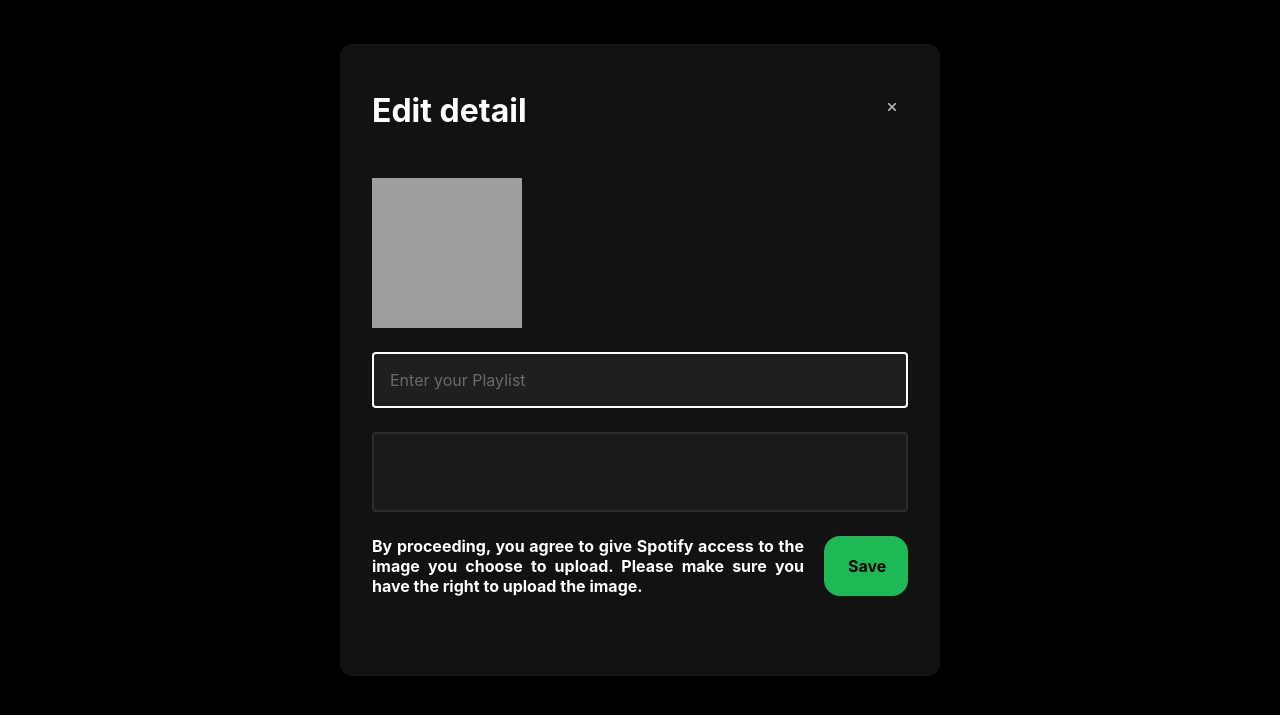
Repository: lannguyen1301/f8-zoom-module2
Page: nhap.html
An editor plug-in stored every save of this project. The page is shown before and after a run of saves, followed by the edit.
The browser window is 1280 px wide. The pictures show the whole page.
Pictures or frames that could not be fetched are drawn as grey boxes.

Above is the page before, as saved 2025-08-15 23:34:13.

### nhap.html
<!DOCTYPE html>
<html lang="en">

<head>
    <meta charset="UTF-8" />
    <meta name="viewport" content="width=device-width, initial-scale=1.0" />
    <title>Đen - Spotify</title>
    <!-- Font Awesome CDN -->
    <link rel="stylesheet" href="https://cdnjs.cloudflare.com/ajax/libs/font-awesome/6.5.1/css/all.min.css" />
    <link rel="stylesheet" href="css/reset.css" />
    <link rel="stylesheet" href="css/variables.css" />
    <link rel="stylesheet" href="css/components.css" />
    <link rel="stylesheet" href="css/layout.css" />
    <link rel="stylesheet" href="css/tooltips.css" />
    <link rel="stylesheet" href="css/responsive.css" />
    <style>
        .modal-container.modal-content-edit {
            max-width: 600px;
        }

        .header-edit {
            display: flex;
            align-items: center;
            justify-content: space-between;
            margin-bottom: 48px;
            position: relative;
        }

        .modal-heading.header-edit-title {
            margin-bottom: 0;
        }

        .modal-close.modal-close-edit {
            position: absolute;
            top: 0;
            right: 0;


        }

        .profile-group {
            display: block;
            width: 150px;
            height: 150px;
            border-radius: 50%;
        }

        .profile-group .profile-img {
            display: block;
            width: 100%;
            height: 100%;
            object-fit: cover;
        }

        .input-profile {
            display: none;
        }

        .form-group .editor {
            height: auto;
            min-height: 80px;
            width: 100%;
            padding: var(--spacing-md);
            border: 2px solid var(--border-color);
            border-radius: var(--radius-sm);
            background-color: var(--bg-tertiary);
            color: var(--text-primary);
            font-size: 16px;
        }

        .editor::placeholder {
            color: var(--text-muted);
        }


        /* footer group */
        .footer-group {
            display: flex;
            gap: 20px;
        }

        .footer-group-desc {
            font-size: 16px;
            font-weight: bold;
            text-align: justify;
        }

        .auth-submit-btn.auth-footer-group {
            max-width: 84px;
        }
    </style>
</head>

<body>
    <div class="modal-overlay show" id="authModal">
        <div class="modal-container modal-content-edit">


            <div class="modal-content">
                <!-- <div class="modal-logo">
                    <i class="fab fa-spotify"></i>
                </div> -->

                <!-- Sign Up Form -->
                <div class="auth-form" id="signupForm" style="display: block;">
                    <div class="header-edit">
                        <h1 class="modal-heading header-edit-title">
                            Edit detail
                        </h1>
                        <button class="modal-close modal-close-edit" id="modalClose">
                            <i class="fas fa-times"></i>
                        </button>
                    </div>
                    <form class="auth-form-content">
                        <!-- Avatar -->
                        <div class="form-group">
                            <label for="profile" class="profile-group">
                                <img src="./assets/img/avatar-icon.png" alt="" class="profile-img">
                            </label>
                            <input type="file" name="profile" id="profile" class="input-profile" multiple required
                                accept="image/*" autofocus readonly>
                        </div>

                        <!-- My Playlist -->
                        <div class="form-group">
                            <!-- <label for="name">Display Name</label> -->
                            <input type="text" name="name" id="name" class="form-input" maxlength="20" minlength="5"
                                pattern="[" size="30" placeholder="Enter your Playlist" autocomplete="on"
                                spellcheck="false" autofocus="">
                        </div>

                        <!-- textarea -->
                        <div class="form-group">
                            <label for="editor" onclick="editor.focus()" hidden>Nội dung</label>
                            <div id="editor" class="editor" contenteditable="" placeholder="Nhập nội dung..."
                                name="content" oninput="content.innerHTML = this.innerHTML"></div>
                            <textarea id="content" name="content" hidden=""></textarea>
                        </div>

                        <div class="footer-group">
                            <p class="footer-group-desc">By proceeding, you agree to give Spotify access to the image
                                you choose to upload. Please
                                make sure you have the right to upload the image.</p>
                            <button type="submit" class="auth-submit-btn auth-footer-group">
                                Save
                            </button>
                        </div>
                    </form>
                </div>
            </div>
        </div>
    </div>
    <!-- <script src="main.js" type="module"></script> -->
    <!-- <script src="main.js" type="module"></script> -->
</body>

</html>

### css/reset.css
/* Reset CSS */
* {
    margin: 0;
    padding: 0;
    box-sizing: border-box;
}

html,
body {
    height: 100%;
    font-family: "Circular", -apple-system, BlinkMacSystemFont, "Segoe UI",
        Roboto, Oxygen, Ubuntu, Cantarell, sans-serif;
    background-color: var(--bg-primary);
    color: var(--text-primary);
    overflow: hidden;
}

button {
    border: none;
    background: none;
    cursor: pointer;
    font-family: inherit;
}

input {
    border: none;
    outline: none;
    font-family: inherit;
}

img {
    display: block;
    max-width: 100%;
    height: auto;
}

a {
    text-decoration: none;
    color: inherit;
}

ul,
ol {
    list-style: none;
}

/* Font Awesome icon base styles */
i {
    display: inline-block;
    font-style: normal;
}

### css/variables.css
/* CSS Variables */
:root {
    /* Colors */
    --bg-primary: #000000;
    --bg-secondary: #121212;
    --bg-tertiary: #1a1a1a;
    --bg-hover: #1f1f1f;
    --bg-active: #2a2a2a;

    --text-primary: #ffffff;
    --text-secondary: #b3b3b3;
    --text-muted: #6a6a6a;

    --accent-primary: #1db954;
    --accent-hover: #1ed760;
    --accent-active: #169c46;

    --border-color: #2e2e2e;
    --shadow: rgba(0, 0, 0, 0.5);

    /* Spacing */
    --spacing-xs: 4px;
    --spacing-sm: 8px;
    --spacing-md: 16px;
    --spacing-lg: 24px;
    --spacing-xl: 32px;
    --spacing-2xl: 48px;

    /* Border radius */
    --radius-sm: 4px;
    --radius-md: 8px;
    --radius-lg: 12px;
    --radius-xl: 16px;
    --radius-full: 50%;

    /* Transitions */
    --transition-fast: 0.15s ease;
    --transition-normal: 0.3s ease;
    --transition-slow: 0.5s ease;

    /* Z-index */
    --z-sidebar: 10;
    --z-header: 20;
    --z-player: 30;
    --z-modal: 40;
    --z-tooltip: 50;
}

### css/layout.css
/* Layout Styles */

.app-container {
    display: grid;
    grid-template-areas:
        "sidebar main"
        "player player";
    grid-template-columns: 280px 1fr;
    grid-template-rows: 1fr 72px;
    height: 100vh;
    gap: var(--spacing-sm);
    padding: var(--spacing-sm);
    background-color: var(--bg-primary);
}

/* Sidebar */
.sidebar {
    grid-area: sidebar;
    background-color: var(--bg-secondary);
    border-radius: var(--radius-md);
    padding: var(--spacing-lg);
    overflow-y: auto;
    z-index: var(--z-sidebar);
}

.sidebar-header {
    margin-bottom: var(--spacing-xl);
}

.logo i {
    font-size: 32px;
    color: var(--text-primary);
}

.sidebar-nav {
    display: flex;
    flex-direction: column;
    gap: var(--spacing-md);
}

.nav-section {
    display: flex;
    align-items: center;
    justify-content: space-between;
    margin-bottom: var(--spacing-md);
}

.nav-section .section-title {
    font-size: 16px;
    font-weight: 700;
    color: var(--text-secondary);
}

.nav-tabs {
    display: flex;
    gap: var(--spacing-sm);
    margin-bottom: var(--spacing-md);
}

.library-content {
    display: flex;
    flex-direction: column;
    gap: var(--spacing-xs);
}

/* Main Content */
.main-content {
    grid-area: main;
    background: linear-gradient(
        to bottom,
        #535353 0%,
        var(--bg-secondary) 250px
    );
    border-radius: var(--radius-md);
    display: flex;
    flex-direction: column;
    overflow: hidden;
}

.main-header {
    display: flex;
    align-items: center;
    justify-content: space-between;
    padding: var(--spacing-md) var(--spacing-lg);
    background-color: transparent;
    z-index: var(--z-header);
}

.search-container {
    flex: 1;
    display: flex;
    justify-content: flex-start;
    max-width: 420px;
}

.header-actions {
    display: flex;
    align-items: center;
    gap: var(--spacing-lg);
}

.auth-buttons {
    display: none;
    align-items: center;
    gap: var(--spacing-md);
}

.auth-buttons.show {
    display: flex;
}

.user-info {
    display: flex;
    align-items: center;
    /* justify-content: center; */
    gap: 8px;
}

.user-info.show {
    display: flex;
}

.content-wrapper {
    flex: 1;
    padding: 0 var(--spacing-lg) var(--spacing-lg);
    overflow-y: auto;
}

/* Player */
.player {
    grid-area: player;
    background-color: var(--bg-secondary);
    border-radius: var(--radius-md);
    padding: var(--spacing-md) var(--spacing-lg);
    display: flex;
    align-items: center;
    justify-content: space-between;
    z-index: var(--z-player);
    border-top: 1px solid var(--border-color);
}

.player-left {
    display: flex;
    align-items: center;
    gap: var(--spacing-md);
    min-width: 0;
    flex: 1;
    max-width: 300px;
}

.player-image {
    width: 56px;
    height: 56px;
    border-radius: var(--radius-sm);
    object-fit: cover;
}

.player-info {
    min-width: 0;
    flex: 1;
}

.player-title {
    font-size: 14px;
    font-weight: 400;
    color: var(--text-primary);
    white-space: nowrap;
    overflow: hidden;
    text-overflow: ellipsis;
    margin-bottom: 2px;
}

.player-artist {
    font-size: 11px;
    color: var(--text-secondary);
    white-space: nowrap;
    overflow: hidden;
    text-overflow: ellipsis;
}

.player-center {
    display: flex;
    flex-direction: column;
    align-items: center;
    gap: var(--spacing-sm);
    flex: 2;
    max-width: 722px;
}

.player-controls {
    display: flex;
    align-items: center;
    gap: var(--spacing-md);
}

.progress-container {
    display: flex;
    align-items: center;
    gap: var(--spacing-md);
    width: 100%;
}

.progress-bar {
    flex: 1;
}

.time {
    font-size: 11px;
    color: var(--text-secondary);
    min-width: 40px;
    text-align: center;
    font-weight: 400;
}

.player-right {
    display: flex;
    align-items: center;
    gap: var(--spacing-md);
    flex: 1;
    justify-content: flex-end;
    max-width: 300px;
}

.volume-container {
    display: flex;
    align-items: center;
    gap: var(--spacing-sm);
}

.volume-bar {
    width: 93px;
}

/* Scrollbar styling */
::-webkit-scrollbar {
    width: 12px;
}

::-webkit-scrollbar-track {
    background: transparent;
}

::-webkit-scrollbar-thumb {
    background: var(--bg-tertiary);
    border-radius: 6px;
    border: 2px solid transparent;
    background-clip: content-box;
}

::-webkit-scrollbar-thumb:hover {
    background: var(--bg-hover);
    background-clip: content-box;
}

### css/tooltips.css
.control-btn .tooltiptext {
    visibility: hidden;
    width: 120px;
    background-color: #555;
    color: #fff;
    text-align: center;
    border-radius: 6px;
    padding: 5px 0;
    position: absolute;
    z-index: 1;
    bottom: 125%;
    left: 50%;
    margin-left: -60px;
    opacity: 0;
    transition: opacity 0.3s;
}

.control-btn .tooltiptext::after {
    content: "";
    position: absolute;
    top: 100%;
    left: 50%;
    margin-left: -5px;
    border-width: 5px;
    border-style: solid;
    border-color: #555 transparent transparent transparent;
}

.control-btn:hover .tooltiptext {
    visibility: visible;
    opacity: 1;
}

### css/responsive.css
/* Responsive Styles */

/* Large Desktop */
@media (min-width: 1200px) {
    .artist-name {
        font-size: 96px;
    }

    .track-item {
        grid-template-columns: 16px 40px 4fr 1fr auto auto auto;
    }
}

/* Desktop */
@media (max-width: 1199px) and (min-width: 1024px) {
    .artist-name {
        font-size: 72px;
    }

    .track-item {
        grid-template-columns: 16px 40px 3fr 1fr auto auto auto;
    }
}

/* Tablet */
@media (max-width: 1023px) and (min-width: 768px) {
    .app-container {
        grid-template-columns: 240px 1fr;
    }

    .sidebar {
        padding: var(--spacing-md);
    }

    .artist-name {
        font-size: 48px;
    }

    .artist-hero {
        height: 280px;
    }

    .hero-content {
        bottom: var(--spacing-md);
        left: var(--spacing-md);
    }

    .track-item {
        grid-template-columns: 16px 40px 2fr auto auto auto;
        gap: var(--spacing-sm);
    }

    .track-plays {
        display: none;
    }

    .player-center {
        flex: 1.5;
    }

    .search-container {
        max-width: 300px;
    }
}

/* Mobile */
@media (max-width: 767px) {
    .app-container {
        grid-template-areas:
            "main"
            "player";
        grid-template-columns: 1fr;
        grid-template-rows: 1fr 72px;
        gap: 0;
        padding: 0;
    }

    .sidebar {
        display: none;
    }

    .main-content {
        border-radius: 0;
    }

    .main-header {
        padding: var(--spacing-md);
        flex-wrap: wrap;
        gap: var(--spacing-md);
    }

    .header-left {
        order: 1;
        flex: 0 0 auto;
    }

    .search-container {
        order: 3;
        flex: 1 1 100%;
        max-width: none;
    }

    .search-box {
        width: 100%;
    }

    .search-input {
        min-width: auto;
    }

    .artist-hero {
        height: 200px;
        margin: 0 -16px var(--spacing-md) -16px;
    }

    .hero-content {
        bottom: var(--spacing-sm);
        left: var(--spacing-sm);
    }

    .artist-name {
        font-size: 32px;
    }

    .monthly-listeners {
        font-size: 14px;
    }

    .content-wrapper {
        padding: 0 var(--spacing-md) var(--spacing-md);
    }

    .artist-controls {
        gap: var(--spacing-md);
        margin-bottom: var(--spacing-lg);
    }

    .play-btn-large {
        width: 48px;
        height: 48px;
    }

    .play-btn-large i {
        font-size: 20px;
    }

    .player-left {
        display: none;
    }

    .track-item {
        grid-template-columns: 16px 40px 1fr auto auto;
        gap: var(--spacing-sm);
        padding: var(--spacing-sm);
    }

    .track-plays {
        display: none;
    }

    .track-menu-btn {
        display: none;
    }

    .section-title {
        font-size: 20px;
    }

    .player {
        border-radius: 0;
        padding: var(--spacing-md);
        border-top: 1px solid var(--border-color);
    }

    .player-left {
        flex: 0 0 auto;
        min-width: 120px;
        max-width: 150px;
    }

    .player-image {
        width: 48px;
        height: 48px;
    }

    .player-info {
        max-width: 100px;
    }

    .player-title {
        font-size: 12px;
    }

    .player-artist {
        font-size: 10px;
    }

    .player-center {
        flex: 1;
        max-width: none;
    }

    .player-controls {
        gap: var(--spacing-sm);
    }

    .control-btn {
        width: 28px;
        height: 28px;
    }

    .control-btn i {
        font-size: 14px;
    }

    .play-btn {
        width: 32px;
        height: 32px;
    }

    .play-btn i {
        font-size: 14px;
    }

    .player-right {
        flex: 0 0 auto;
        gap: var(--spacing-sm);
        max-width: 120px;
    }

    .volume-container {
        display: none;
    }

    .progress-container {
        gap: var(--spacing-sm);
    }

    .time {
        font-size: 10px;
        min-width: 32px;
    }

    .pip-btn {
        display: none;
    }
}

/* Small Mobile */
@media (max-width: 480px) {
    .artist-name {
        font-size: 28px;
    }

    .verified-badge {
        font-size: 12px;
    }

    .verified-badge i {
        font-size: 14px;
    }

    .track-item {
        grid-template-columns: 16px 32px 1fr auto;
        gap: var(--spacing-xs);
    }

    .track-image img {
        width: 32px;
        height: 32px;
    }

    .track-name {
        font-size: 14px;
    }

    .track-duration {
        font-size: 12px;
    }

    .like-btn {
        display: none;
    }

    .player-left {
        min-width: 100px;
        max-width: 120px;
    }

    .player-info {
        max-width: 80px;
    }

    .player-right .control-btn:not(:nth-child(2)) {
        display: none;
    }

    .following-btn {
        font-size: 12px;
        padding: var(--spacing-xs) var(--spacing-sm);
    }
}

/* Hover states for touch devices */
@media (hover: none) {
    .like-btn,
    .track-menu-btn {
        opacity: 1;
    }

    .progress-handle,
    .volume-handle {
        opacity: 1;
    }
}

/* High DPI displays */
@media (-webkit-min-device-pixel-ratio: 2), (min-resolution: 192dpi) {
    .hero-image {
        image-rendering: -webkit-optimize-contrast;
        image-rendering: crisp-edges;
    }
}

/* Reduced motion */
@media (prefers-reduced-motion: reduce) {
    * {
        animation-duration: 0.01ms !important;
        animation-iteration-count: 1 !important;
        transition-duration: 0.01ms !important;
    }
}

/* Print styles */
@media print {
    .app-container {
        display: block;
    }

    .sidebar,
    .player {
        display: none;
    }

    .main-content {
        border-radius: 0;
        background: white;
        color: black;
    }

    .hero-overlay {
        display: none;
    }
}

Loaded but not shown: css/components.css (1104 lines, source omitted)

After the next 2 saves:
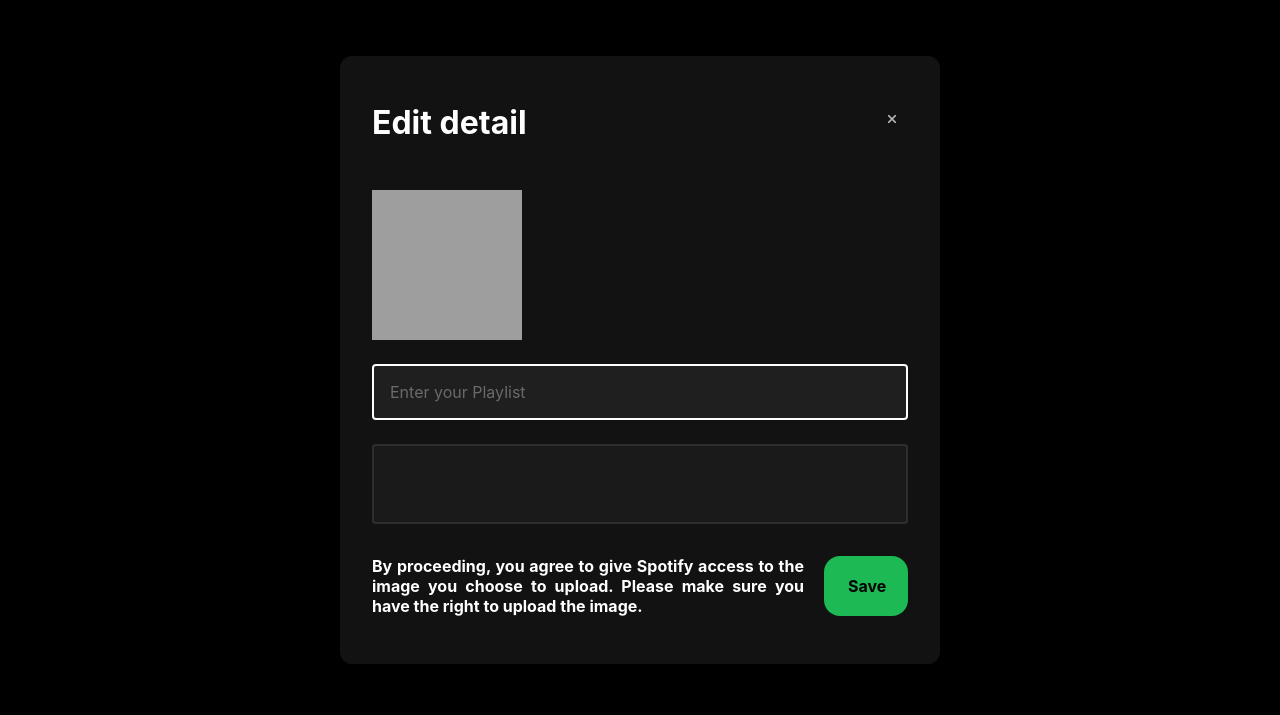
The 2 saves are shown as one change because they came seconds apart.
The last was saved 56 s later.
--- a/nhap.html
+++ b/nhap.html
@@ -137,15 +137,16 @@
                             <textarea id="content" name="content" hidden=""></textarea>
                         </div>
 
-                        <div class="footer-group">
-                            <p class="footer-group-desc">By proceeding, you agree to give Spotify access to the image
-                                you choose to upload. Please
-                                make sure you have the right to upload the image.</p>
-                            <button type="submit" class="auth-submit-btn auth-footer-group">
-                                Save
-                            </button>
-                        </div>
+
                     </form>
+                    <div class="footer-group">
+                        <p class="footer-group-desc">By proceeding, you agree to give Spotify access to the image
+                            you choose to upload. Please
+                            make sure you have the right to upload the image.</p>
+                        <button type="submit" class="auth-submit-btn auth-footer-group">
+                            Save
+                        </button>
+                    </div>
                 </div>
             </div>
         </div>
